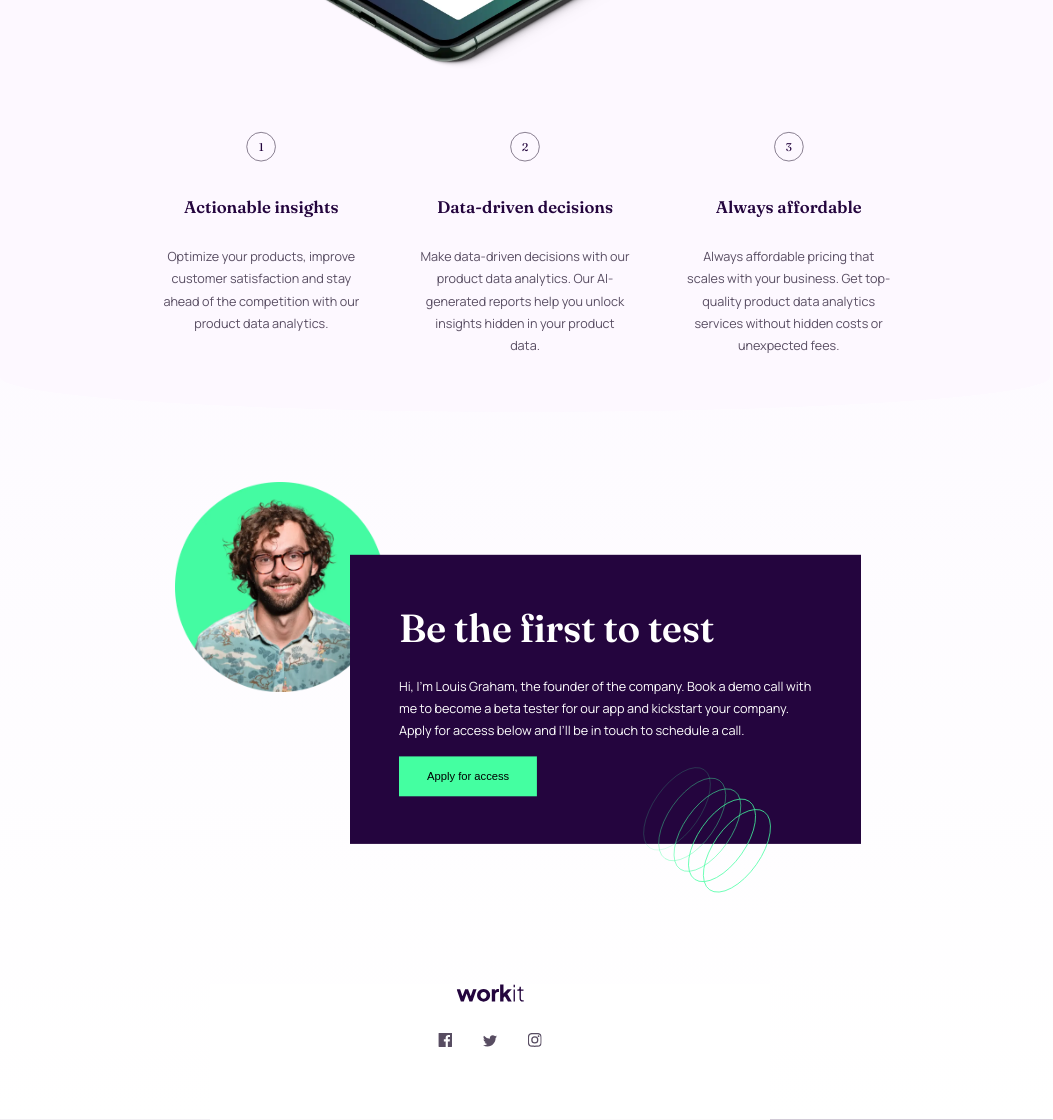
Repository: Arkitecth/landing_page
Page: starter-code/index.html
An editor plug-in stored every save of this project. The page is shown before and after the next save, followed by the edit.
The browser window is 1280 px wide. The page is 1504 px wide, so the pictures cover 1504 px, including what lies to the right of the window. The pictures show the part of the page from y = 741 to 2381 px (the page is 2341 px tall before and 2381 px after), at 70% of full size.

Above is the page before, as saved 2023-05-19 19:23:47.

### starter-code/index.html
<!DOCTYPE html>
<html lang="en">
<head>
  <meta charset="UTF-8">
  <meta name="viewport" content="width=device-width, initial-scale=1.0">

  <link rel="icon" type="image/png" sizes="32x32" href="./assets/images/favicon-32x32.png">
  <link rel="stylesheet" href="styles.css">
  <title>Frontend Mentor | Workit landing page</title>
</head>
<body>
  <div class="overlay">
    <object class="bg-pattern-1" data="assets/images/bg-pattern-1.svg"></object>
    <object class="bg-pattern-2" data="assets/images/bg-pattern-2.svg"></object>
      <div class="container">
          <!-- Hero Section -->
        <header class="hero">
            <nav class="navbar">
                <object class="logo-light" data="assets/images/logo-light.svg"></object>
                <a class="secondary-default" href="#">Apply for access </a>
            </nav>
          <!-- Heading Section -->
          <section class="heading">
              <h1>Data <span class="underline">tailored</span> to <br> your needs.</h1>
              <a class="primary-default" href="#">Learn more</a>
              <object class="image-hero" data="assets/images/image-hero.webp" width="300" height="300"></object>
          </section>
        </header>
    </div>
    </div>


    <!-- Feature Section -->
    <main class="purple-overlay">
      <div class="grid-container container ">
        <div class="content">
          <p class="feature-num">1</p>

          <h2 class="feature-heading">Actionable insights </h2>

          <p class="feature-paragraph"> Optimize your products, improve customer satisfaction and stay ahead of the competition
          with our product data analytics. </p>

        </div>

        <div class="content">
          <p class="feature-num">2</p>

          <h2 class="feature-heading">Data-driven decisions</h2>

          <p class="feature-paragraph">Make data-driven decisions with our product data analytics. Our AI-generated reports help
            you unlock insights hidden in your product data.</p>
        </div>


        <div class="content">
          <p class="feature-num">3</p>

          <h2 class="feature-heading">Always affordable</h2>

          <p class="feature-paragraph">Always affordable pricing that scales with your business. Get top-quality product data
            analytics services without hidden costs or unexpected fees.</p>

        </div>
      </div>
    </main>



<!-- About Section -->

<div class="container spacing">
  <object class="image-founder" data="assets/images/image-founder.webp" width="300" height="300"></object>
    <div class="about">
      <div class="about-container">
        <h3> Be the first to test </h3>
        <p> Hi, I'm Louis Graham, the founder of the company. Book a demo call with me to become a
        beta tester for our app and kickstart your company. Apply for access below and I’ll be
        in touch to schedule a call. </p>

        <a class="primary-default" href="#"> Apply for access </a>

      </div>
      <object class="bg-pattern-3" data="assets/images/bg-pattern-3.svg"></object>

  </div>

</div>


<!-- Footeer -->
<footer>
  <object class="logo-dark" data="assets/images/logo-dark.svg"></object>
  <div class="icons">
    <object class="icon" data="assets/images/icon-facebook.svg"></object>
    <object class="icon" data="assets/images/icon-twitter.svg" ></object>
    <object class="icon" data="assets/images/icon-instagram.svg" ></object>
  </div>

</footer>


</body>
</html>

### starter-code/styles.css
@font-face {
    font-family: "Fraunces";
    src: url("/Users/trenttuedon/Desktop/workit-landing-page/starter-code/assets/fonts/fraunces/Fraunces-VariableFont_SOFT,WONK,opsz,wght.ttf");

}

@font-face {
    font-family: "Manrope";
    src: url("starter-code/assets/fonts/manrope/Manrope-VariableFont_wght.ttf");

}

* {
    margin: 0;
    padding: 0;
}

html,body {
    background: linear-gradient(180deg, rgba(36,5,62,1) 0%, rgba(252,248,255,1) 30%, rgba(255,255,255,1) 100%);
    width: 1100px;
}


/* Showcase */
.container {
    max-width: 1100px;
    margin:  auto;
}

.overlay {
    width: 1500px;
    max-width: 1500px;
    height: 730px;
    background-color: #24053e;
    border-radius: 100% /0 0 80px 80px;
}
.navbar {
    color: #fff;
    display: flex;
    justify-content: space-between;
    position: relative;
    top: 50px;
}

.navbar a {
    text-decoration: none;
    color: #fff;
}

.secondary-default {
    font-family: sans-serif;
    border-bottom: 3px solid #44ffa1;
}

.secondary-default:hover {
    color: #44ffa1;
}

.bg-pattern-1 {
   position: absolute;
   left: -140px;
   top: 140px;
}

.bg-pattern-2 {
    position: absolute;
    left: 1330px;
    top: 250px;
 }

.heading {
    justify-content: center;
    width: 635px;
    height: 258px;
    margin: 0 auto;
    margin-top: 146px;
    text-align: center;
}

.heading h1 {
    font-family: Fraunces;
    color: #fff;
    font-weight: 600;
    line-height: 80px;
    margin-bottom: 40px;
    font-size: 80px;
}

.underline {
    text-decoration: underline;
    text-decoration-thickness: 2px;
    text-decoration-color: #44ffa1;
    text-underline-offset: 6px;
}

.primary-default {
    font-family: sans-serif;
    line-height: 40px;
    background-color: #44ffa1;
    border: 0;
    color: black;
    text-decoration: none;
    padding: 20px 40px;
}

.primary-default:hover {
    background-color: #24053e;
    color: #44ffa1;
    border: 1px solid #44ffa1;
}

.image-hero {
    display: block;
    margin-top: 30px;
    width: 700px;
    height: 400px;
}

/* Features */
.grid-container {
    display: grid;
    padding-top: 200px;
    grid-template-rows: 1fr 1fr;
    grid-template-columns: 1fr 1fr 1fr;
    font-family: "Fraunces";
    gap: 30px;
    text-align: center;
}


.feature-num {
    border: 1px solid #584d62;
    border-radius: 50%;
    width: 20px;
    height: 20px;
    padding: 10px;
    margin: auto;
    text-align: center;
    margin-bottom: 50px;
    color: #24053e;
}


.purple-overlay {
    background: #fdf8ff;
    border-radius: 0 0 50% 50% / 50px;
    width: 1500px;
    height: 600px;

}

.feature-heading {
    margin-bottom: 40px;
    font-weight: 600;
    color: #24053e;
}

.feature-paragraph {
    font-family: "Manrope";
    font-size: 18px;
    line-height: 32px;
    width: 300px;
    text-align: center;
    font-weight: 400;
    color: #584d62;
    margin: auto;

}


/* About Section */

.image-founder {
    margin-left: 250px;
}

.about{
    position: relative;
    color: #fff;
    background-color: #24053e;
    width: 730px;
    height: 413px;
    bottom: 200px;
    left: 400px;
    margin-left: 100px;
}

.about-container {
    text-align: left;
    padding: 70px;
}

.about-container h3 {
    font-family: "Fraunces";
    font-size: 56px;
    font-weight: 600;
    margin-bottom: 32px;
}

.about-container p {
    font-family: "Manrope";
    font-weight: 400;
    font-size: 1.13rem;
    line-height: 32px;
    margin-bottom: 30px;
}

.about-container a {
    margin-top: 100px;
}

.bg-pattern-3 {
    position: relative;
    bottom: 120px;
    left: 400px;
}

/* Footer */

.spacing {
    margin-top: 100px;
}

footer {
    background-color: #fff;
    margin-left: 300px;
    text-align: center;
    padding-bottom: 100px;
}

.icons {
    margin-top: 40px;

}

.icon {
    padding: 0 20px 0 20px;
}


/* Media Queries */

@media (min-width: 768px) and (max-width: 1024px) {

    .body {
        background-color: black;
    }
    .bg-pattern-1 {
        left: -200px;
    }

    .bg-pattern-2 {
        left: 1330px;
        overflow: hidden;
    }
    .grid-container {
        display: grid;
        position: relative;
        grid-template-columns: none;
        grid-template-rows: repeat(3, 1fr);
        margin-top: 200px;
        padding: 20px;
        gap: 100px;
        text-align: left;
    }
    .feature-heading {
       text-align: left;
       margin-left: 300px;
       margin-bottom: 20px;
    }
    .feature-num {
        position: absolute;
        left: 250px;
        margin-top: 50px;

    }

    .feature-paragraph {
        text-align: left;
        width: 493px;
        height: 56px;
    }


}

@media (min-width: 320px) and (max-width: 480px) {

    .bg-pattern-1, .bg-pattern-2, .bg-pattern-3 {
        display: none;
        min-width: 500px
    }

    .purple-overlay {
        height: 1300px;
    }

    .grid-container {
        display: grid;
        grid-template-columns: none;
        grid-template-rows: repeat(3, 1fr);
        font-size: 1.75rem;
    }

    .feature-num {
        padding: 20px;
        padding-top: 10px;
        text-align: center;
    }

    .about {
        margin-top: 120px;
        margin-left: 10px;
    }

    .about-container {
        text-align: center;
    }

    .image-founder {
        margin-left: 600px;
    }

    footer {
        margin-left: 400px
    }
}

### starter-code/assets/images/bg-pattern-1.svg
<svg xmlns="http://www.w3.org/2000/svg" width="341" height="317" viewBox="0 0 341 317"><g fill="none" fill-rule="evenodd" stroke="#44FFA1" transform="rotate(-152 159.204 128.626)"><ellipse cx="54" cy="107.125" rx="53.5" ry="106.5"/><ellipse cx="94.706" cy="107" rx="53.5" ry="106.5"/><ellipse cx="134.529" cy="107.344" opacity=".75" rx="52.5" ry="106.5"/><ellipse cx="175.705" cy="108.102" opacity=".5" rx="53.5" ry="106.5"/><ellipse cx="217.294" cy="107.508" opacity=".25" rx="52.5" ry="106.5"/></g></svg>

After the next save:
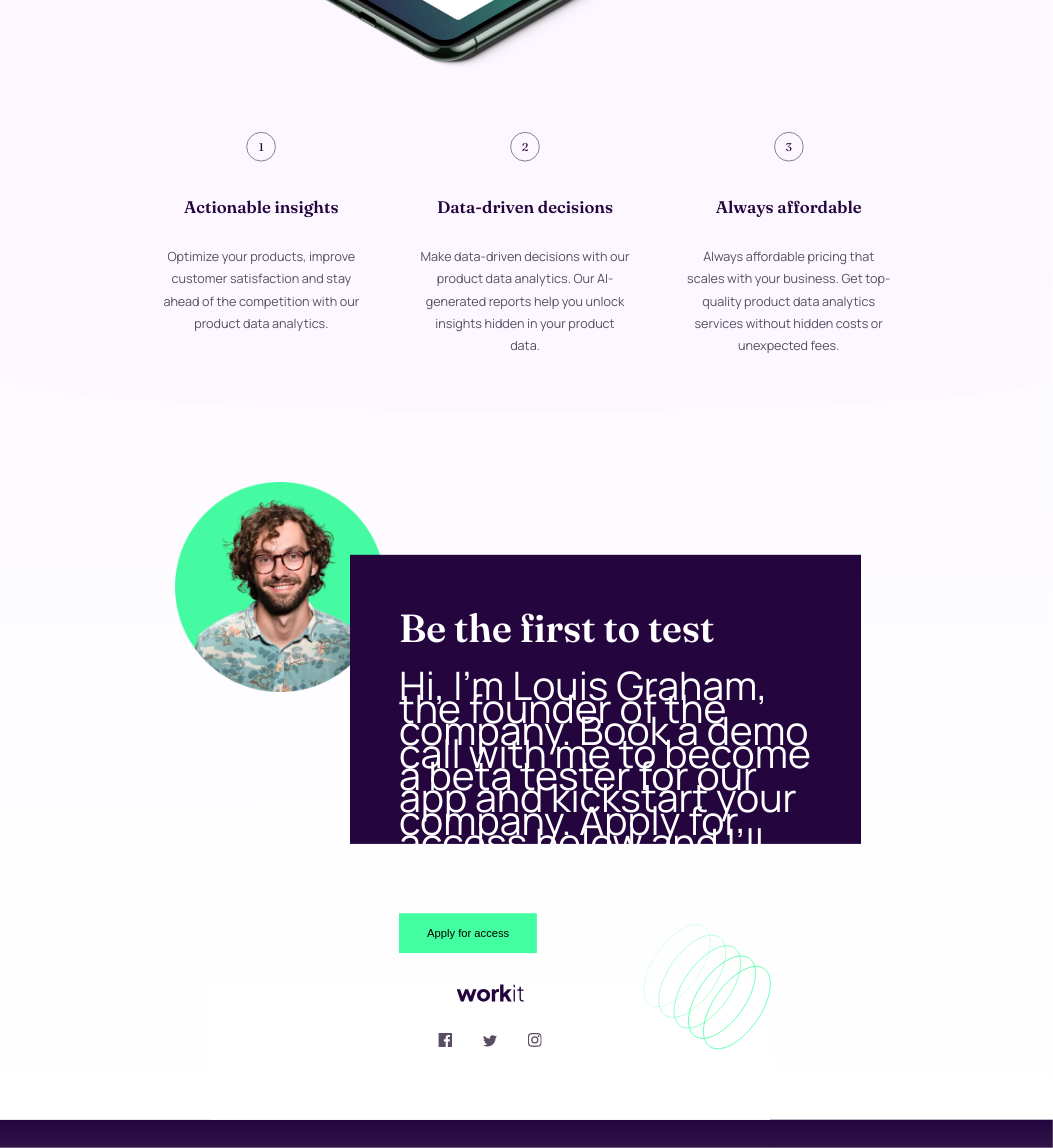
Saved 34 s later.
--- a/starter-code/styles.css
+++ b/starter-code/styles.css
@@ -200,7 +200,7 @@
 .about-container p {
     font-family: "Manrope";
     font-weight: 400;
-    font-size: 1.13rem;
+    font-size: 3.5rem;
     line-height: 32px;
     margin-bottom: 30px;
 }

After the save that followed:
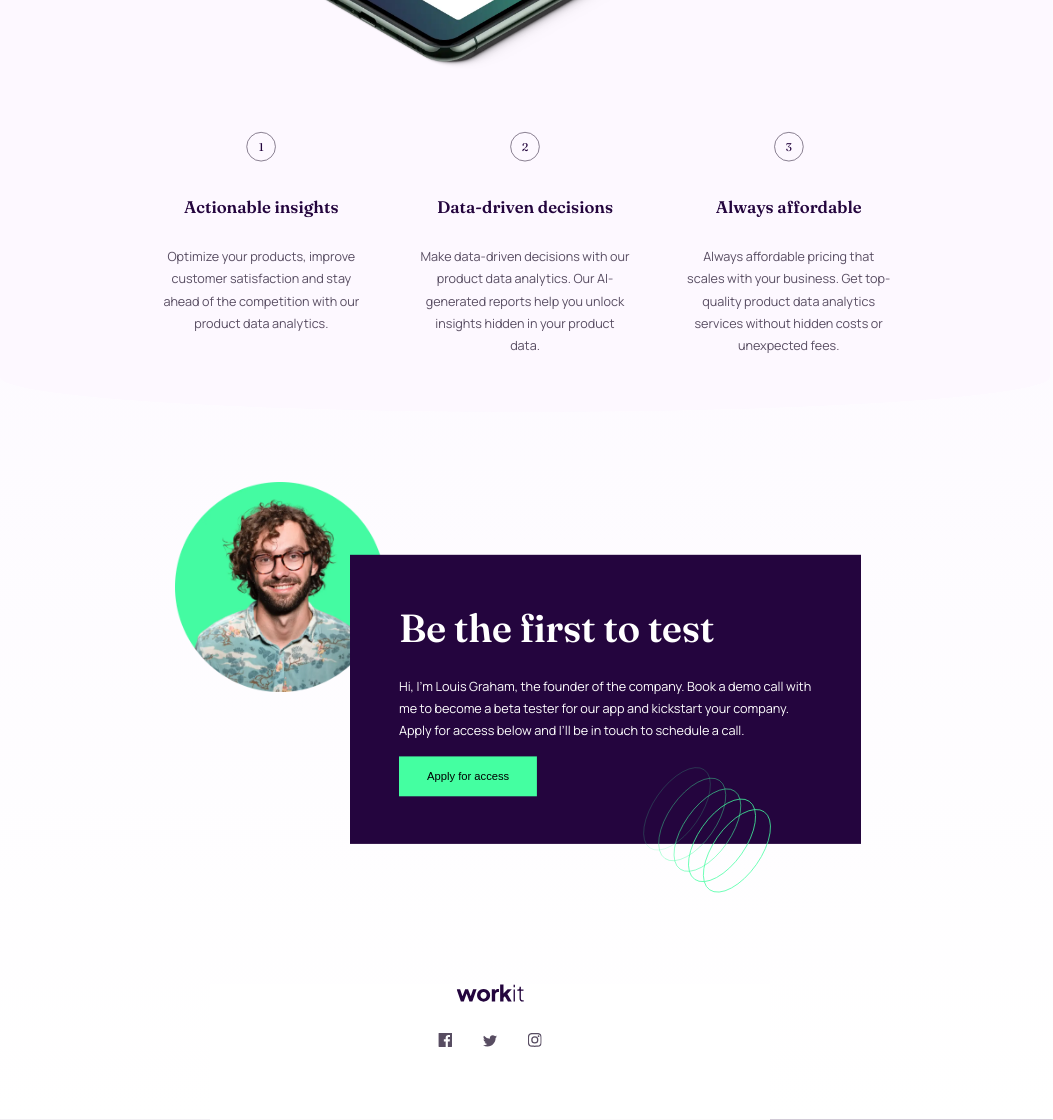
Saved 33 s later.
--- a/starter-code/styles.css
+++ b/starter-code/styles.css
@@ -200,7 +200,7 @@
 .about-container p {
     font-family: "Manrope";
     font-weight: 400;
-    font-size: 3.5rem;
+    font-size: 1.13rem;
     line-height: 32px;
     margin-bottom: 30px;
 }
